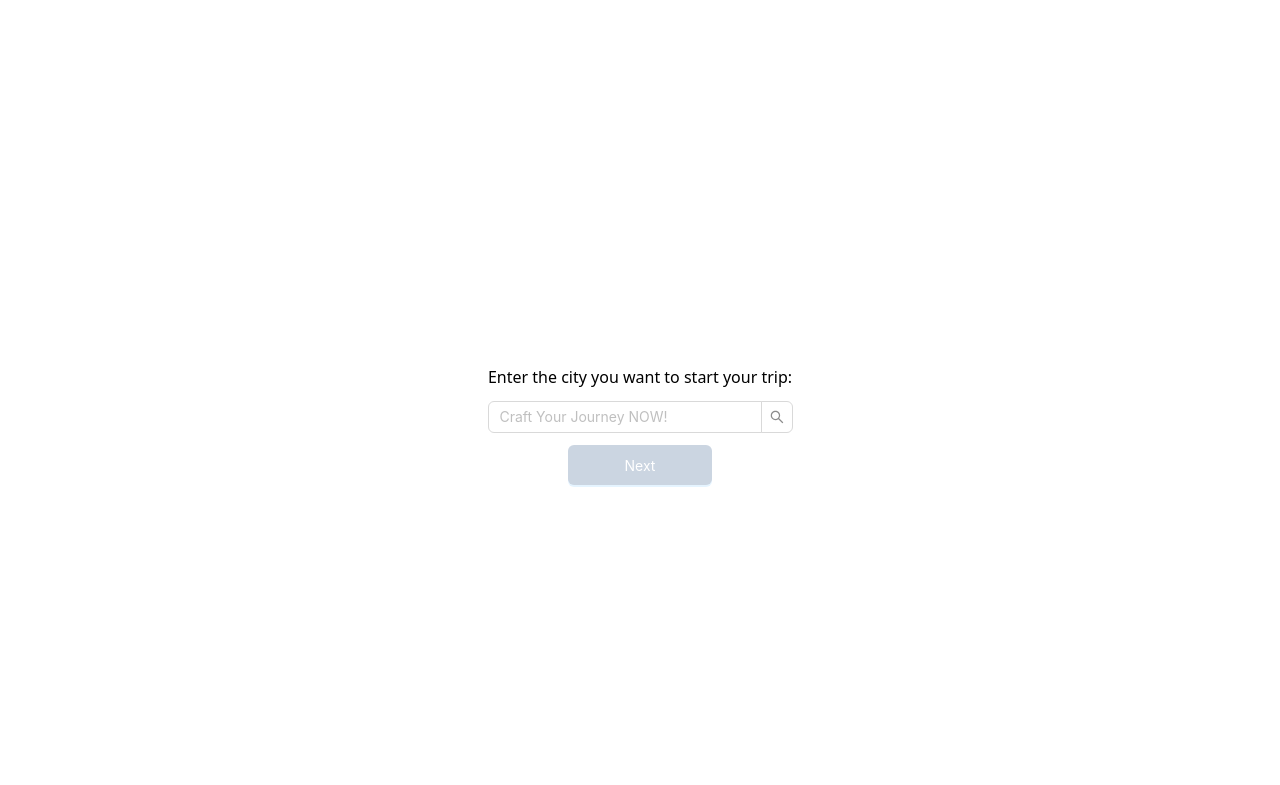
Repository: hjzccc/travel-planner
Page: /
The author's editor kept a copy of each file at every save. The page is drawn from the files as they stood at one save, then again after the next save.
The browser window is 1280 px wide. The pictures show the whole page.
The project was rebuilt for these pictures with package versions that can differ from the ones it lists, and the page was loaded fresh each time. The framework's server and built-in components were replaced by stand-ins that run in the browser. Also part of the build but not shown: next.config.js.

Above is the page before, as saved 2023-06-21 00:06:51.

After the next save:
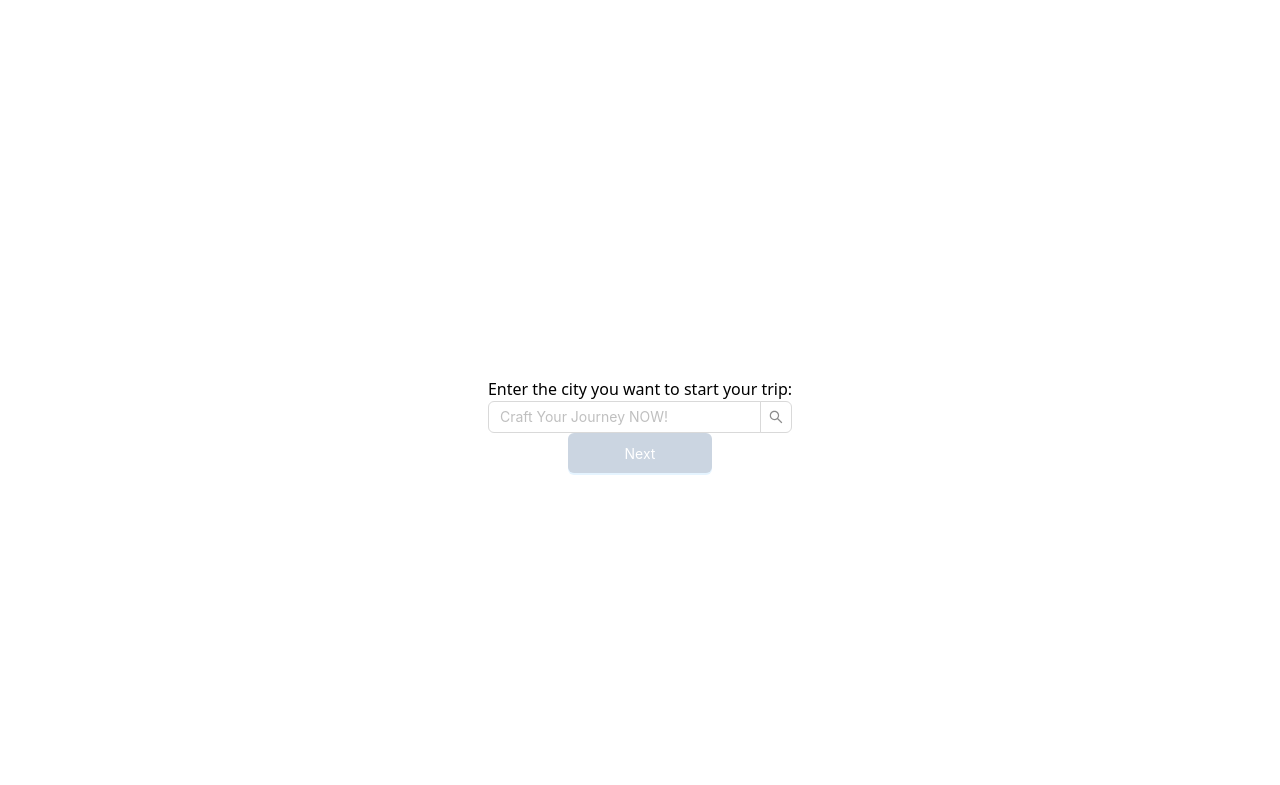
Saved 18 s later.
--- a/app/page.tsx
+++ b/app/page.tsx
@@ -16,7 +16,7 @@ export default function Home() {
       <div className="flex flex-col items-center">
         <p>Enter the city you want to start your trip:</p>
         <Search
-          className="mx-2 my-3"
+          className=""
           placeholder="Craft Your Journey NOW!"
           allowClear
           type="text"
